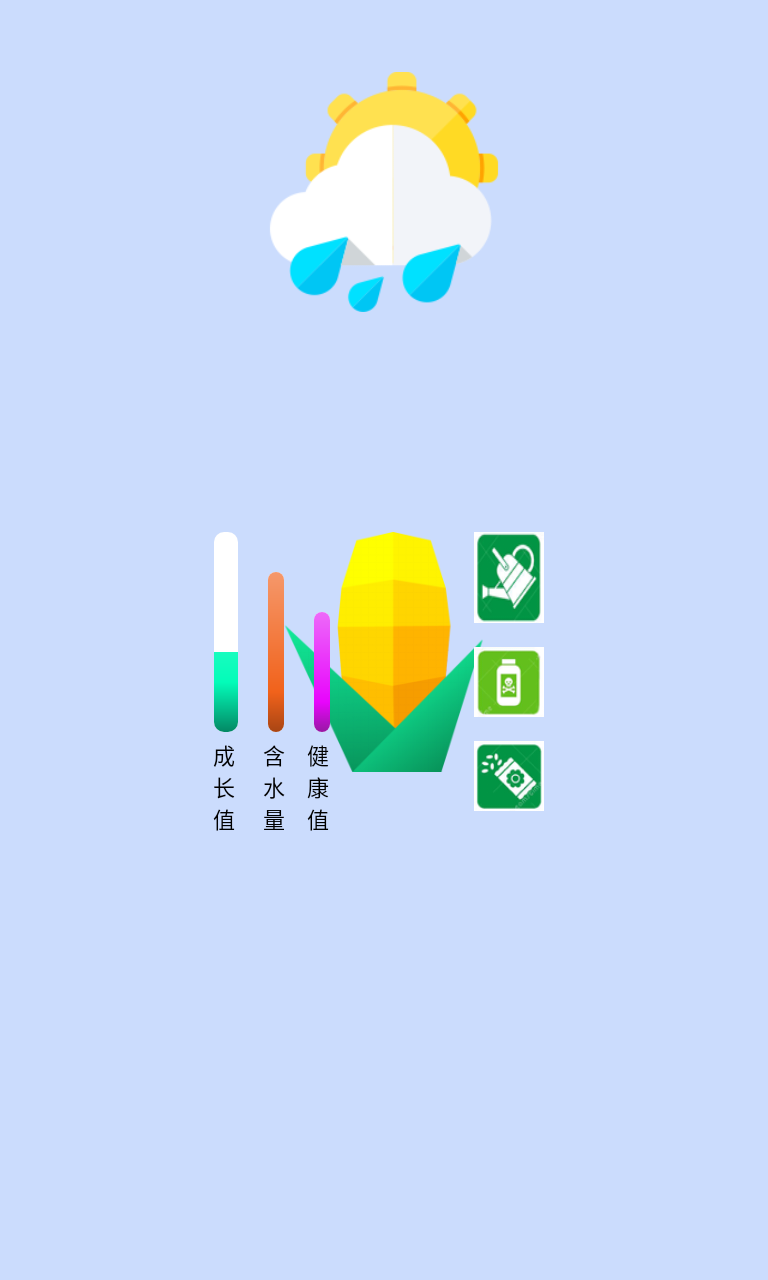
Repository: DraceWang/YumiTianqi
Layout: YumiTianqi/res/layout/fragment_main.xml
An editor plug-in stored every save of this project. The layout is shown before and after the next save, followed by the edit.
It is drawn on a 768 x 1280 px phone screen (xhdpi) without system bars, with theme AppTheme; the app's code is not run. Lists and similar views that code fills are empty.

Above is the layout before, as saved 2015-05-20 01:45:54.

After the next save:
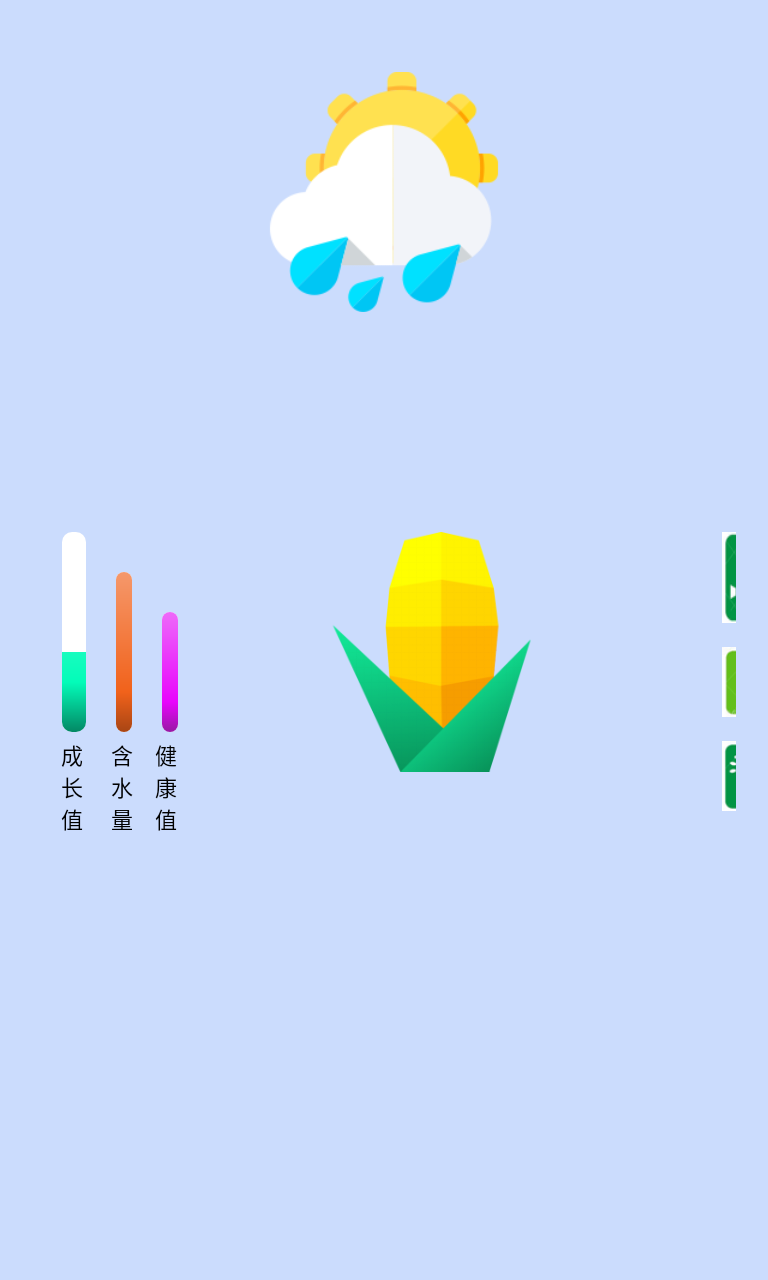
Saved 13 s later.
--- a/YumiTianqi/res/layout/fragment_main.xml
+++ b/YumiTianqi/res/layout/fragment_main.xml
@@ -86,7 +86,7 @@
             android:orientation="vertical" >
 
             <RelativeLayout
-                android:layout_width="200dp"
+                android:layout_width="400dp"
                 android:layout_height="wrap_content" >
 
                 <ImageView
